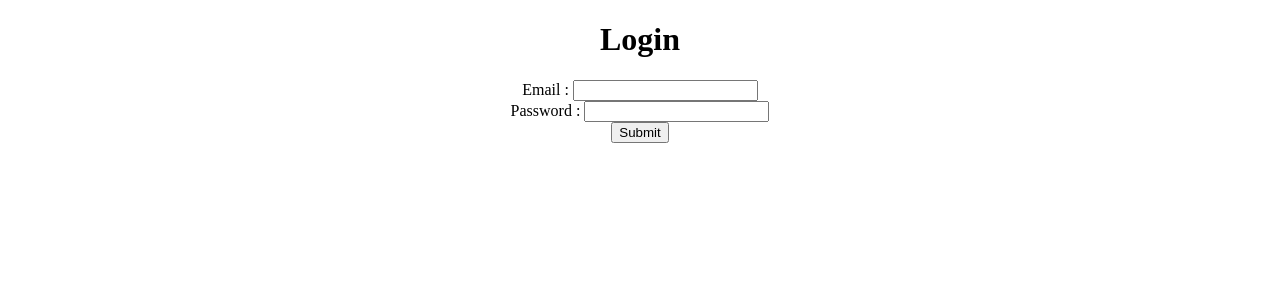
Repository: KD3-86718-yagywalky/Advance-java
Page: Assignment02/secondapp/src/main/webapp/index.html
The author's editor kept a copy of each file at every save. The page is drawn from the files as they stood at one save, then again after the next save.
The browser window is 1280 px wide. The pictures show the whole page.

Above is the page before, as saved 2024-12-03 09:40:09.

After the next save:
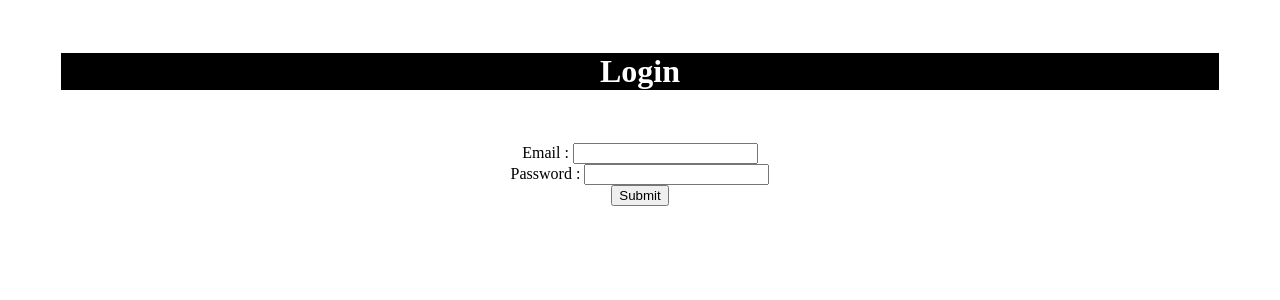
Saved 6 s later.
--- a/Assignment02/secondapp/src/main/webapp/index.html
+++ b/Assignment02/secondapp/src/main/webapp/index.html
@@ -6,7 +6,7 @@
 <title>Election Login</title>
 </head>
 <body style="text-align: center;">
-		<h1> Login </h1>
+		<h1 class="to"> Login </h1>
 		<div style="border: 1 solid;">
 		Email : <input type="email" name="email"/>
 		<br>
